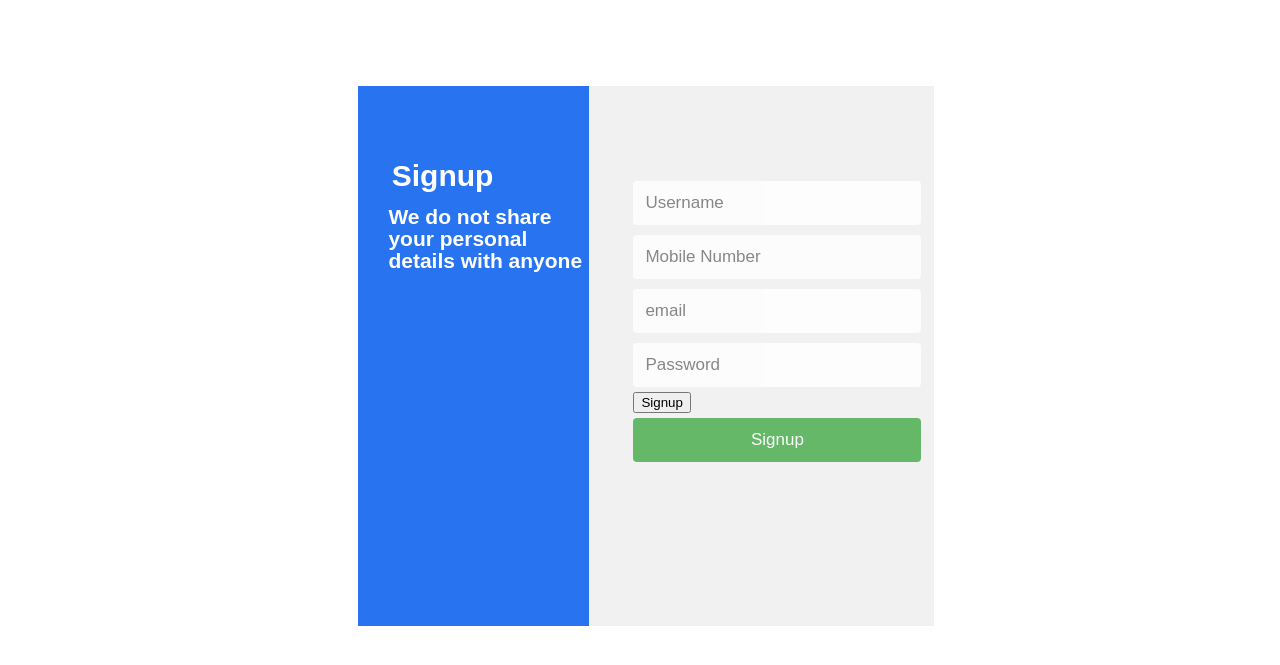
Repository: mihirhpanchal/Java-OnlineShopping
Page: http://localhost/shopping/jsp/signup.jsp
An editor plug-in stored every save of this project. The page is shown before and after the next save, followed by the edit.
The browser window is 1280 px wide. The pictures show the whole page.
The page is served by Tomcat 9.

Above is the page before, as saved 2019-11-20 09:36:58.

After the next save:
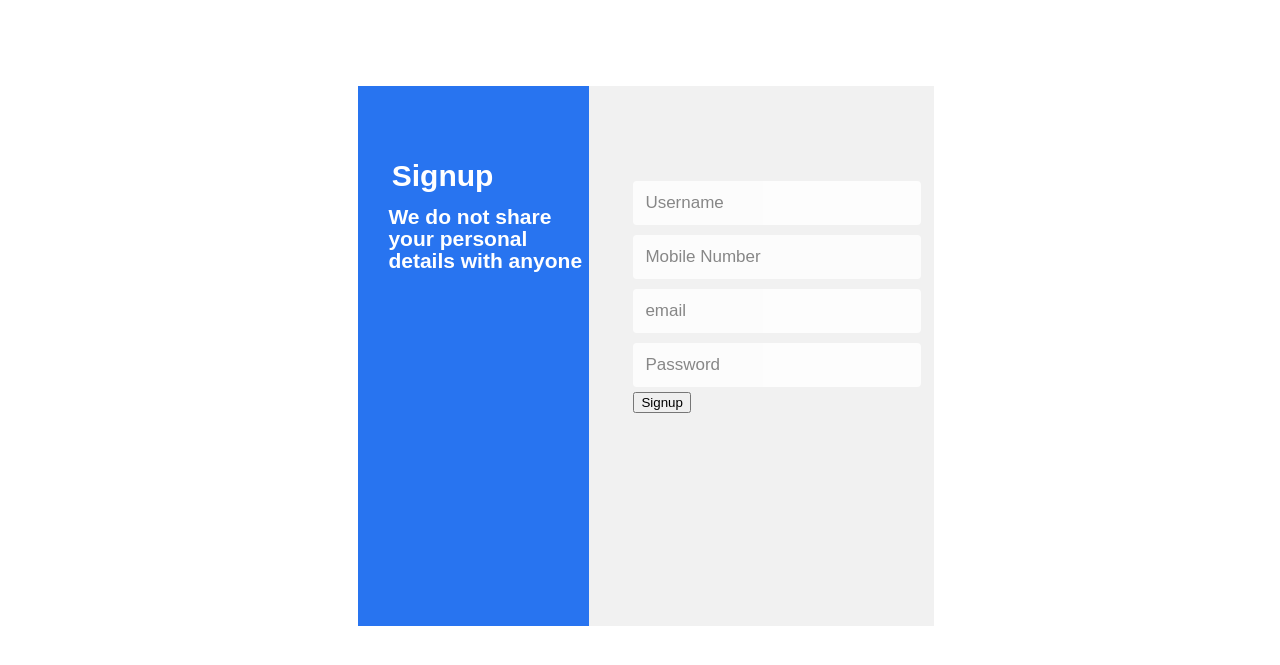
Saved 5 s later.
--- a/backs/shopdir/shopping/src/main/webapp/jsp/signup.jsp
+++ b/backs/shopdir/shopping/src/main/webapp/jsp/signup.jsp
@@ -57,7 +57,7 @@ input:hover,
 	 <input type="text" name="email" placeholder="email" required>
         <input type="password" name="password" placeholder="Password" required>
         <button type="submit">Signup</button>
-        <input type="submit" value="Signup">
+        <!-- <input type="submit" value="Signup"> -->
 </form>
 	</div>
 <div class="signup">&nbsp;&nbsp;&nbsp;&nbsp;Signup<br>
